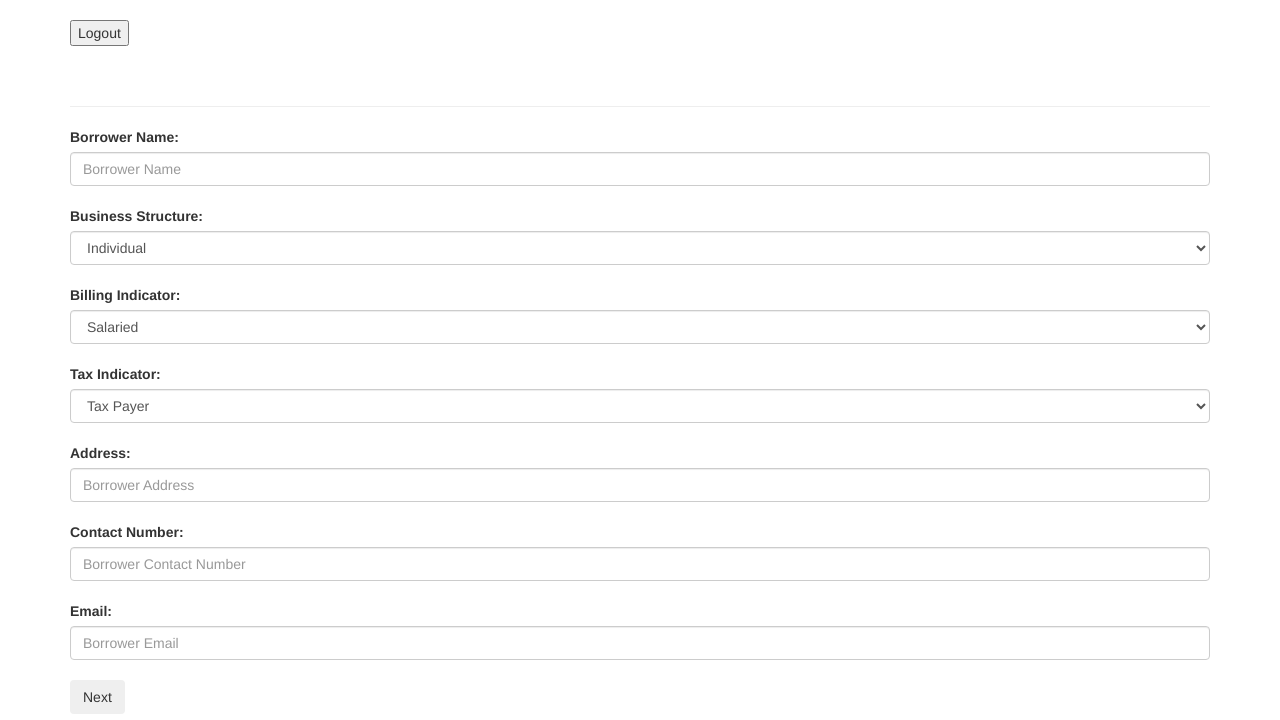
Repository: Bayvao/E-Loan-Project
Page: http://localhost/E-Loan-Project/WEB-INF/views/borrower-details-form.jsp
These files come from the project's save history. The page is drawn as it stood at one moment and after the next save; the edit follows.
The browser window is 1280 px wide. The pictures show the whole page.
The page is served by Tomcat 9. Nobody is signed in. Other server files are loaded and not shown. The template is opened directly, without the code that normally fills it, so the values that code supplies are empty.

Above is the page before, as saved 2020-07-20 12:36:36.

### E-Loan-Project/src/main/webapp/WEB-INF/views/borrower-details-form.jsp
<%@ taglib prefix="form" uri="http://www.springframework.org/tags/form"%>
<%@ taglib prefix="security"
	uri="http://www.springframework.org/security/tags"%>
<%@ taglib prefix="c" uri="http://java.sun.com/jsp/jstl/core"%>

<!DOCTYPE html>
<html lang="en">
<head>
<title>Borrower Details</title>
<meta charset="utf-8">
<meta name="viewport" content="width=device-width, initial-scale=1">
<link rel="stylesheet"
	href="https://maxcdn.bootstrapcdn.com/bootstrap/3.4.1/css/bootstrap.min.css">
<script
	src="https://ajax.googleapis.com/ajax/libs/jquery/3.5.1/jquery.min.js"></script>
<script
	src="https://maxcdn.bootstrapcdn.com/bootstrap/3.4.1/js/bootstrap.min.js"></script>

<style>
.error {
	color: red;
}
</style>
</head>
<body>
	<div class="container">
		<br />

		<!-- Add a logout button -->
		<form:form action="${pageContext.request.contextPath}/logout"
			method="POST">

			<input type="submit" value="Logout" />

		</form:form>

		<!-- display user name and role -->
		<br /> <br />
		<p>

			<security:authorize access="isAuthenticated()">
        User: <security:authentication property="principal.username" />
        Role(s): <security:authentication
					property="principal.authorities" />
			</security:authorize>
		</p>

		<hr>

		<form:form
			action="${pageContext.request.contextPath}/loan/processBorrower"
			modelAttribute="loanBorrower">

			<div>
				<label>Borrower Name: </label>

				<form:input path="bName" placeholder="Borrower Name"
					class="form-control" />
				<form:errors path="bName" cssClass="error" />
			</div>
			<br>
			<div>
				<label>Business Structure: </label>
				<form:select path="bStructure" class="form-control">
					<form:option value="Individual">Individual</form:option>
					<form:option value="Organizational">Organizational</form:option>

				</form:select>
			</div>
			<br>
			<div>
				<label>Billing Indicator: </label>
				<form:select path="bIndicator" class="form-control">
					<form:option value="Salaried">Salaried</form:option>
					<form:option value="Non-Salaried">Non-Salaried</form:option>

				</form:select>
			</div>
			<br>
			<div>
				<label>Tax Indicator: </label>
				<form:select path="tIndicator" class="form-control">
					<form:option value="Tax Payer">Tax Payer</form:option>
					<form:option value="Not Tax Payer">Non Tax Payer</form:option>

				</form:select>
			</div>
			<br>
			<div>
				<label>Address: </label>
				<form:input path="bAddress" placeholder="Borrower Address"
					class="form-control" />
				<form:errors path="bAddress" cssClass="error" />
			</div>
			<br>
			<div>
				<label>Contact Number: </label>
				<form:input path="bContactNo" placeholder="Borrower Contact Number"
					class="form-control" />
				<form:errors path="bContactNo" cssClass="error" />
			</div>
			<br>
			<div>
				<label>Email: </label>
				<form:input path="bEmail" placeholder="Borrower Email"
					class="form-control" />
				<form:errors path="bEmail" cssClass="error" />
			</div>
			<br>
			<div>
				<button type="submit" class="btn btn-blue text-center">Next</button>
			</div>
		</form:form>
	</div>

</body>
</html>

After the next save:
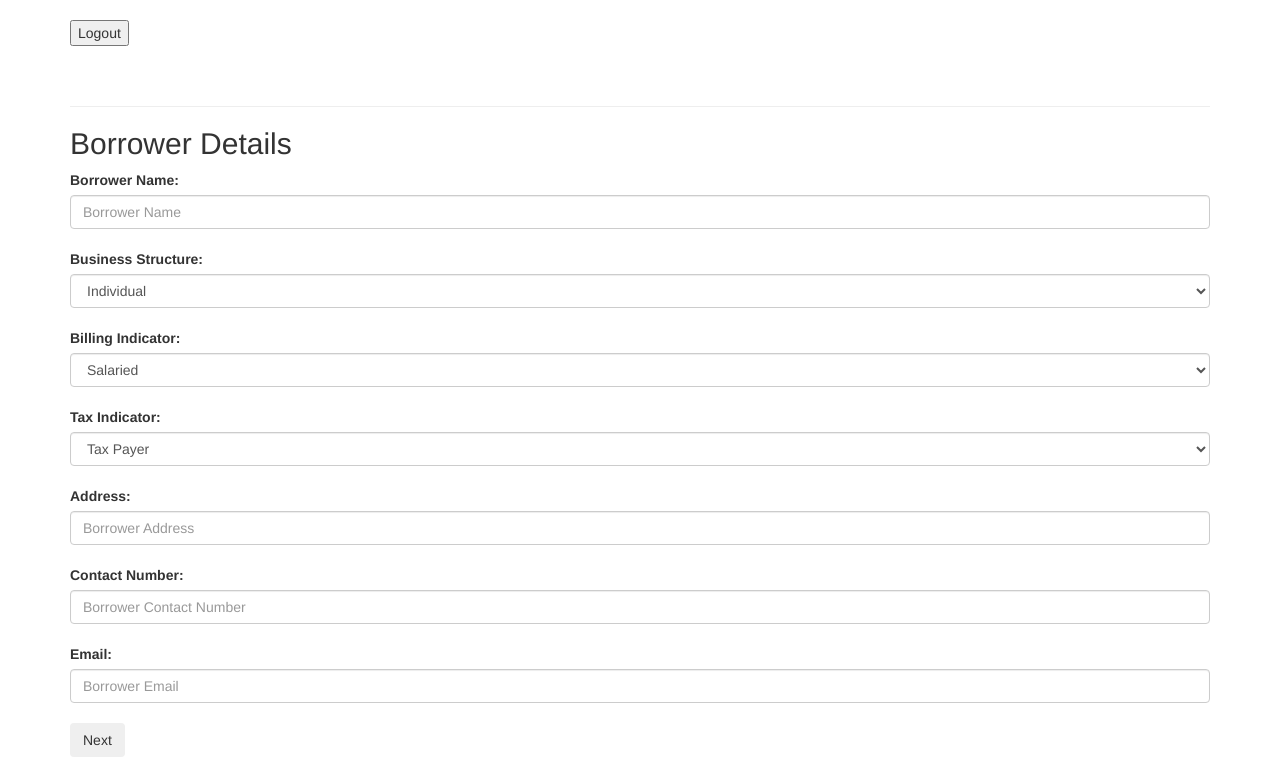
Saved 19 s later.
--- a/E-Loan-Project/src/main/webapp/WEB-INF/views/borrower-details-form.jsp
+++ b/E-Loan-Project/src/main/webapp/WEB-INF/views/borrower-details-form.jsp
@@ -46,7 +46,7 @@
 		</p>
 
 		<hr>
-
+		<h2>Borrower Details</h2>
 		<form:form
 			action="${pageContext.request.contextPath}/loan/processBorrower"
 			modelAttribute="loanBorrower">
